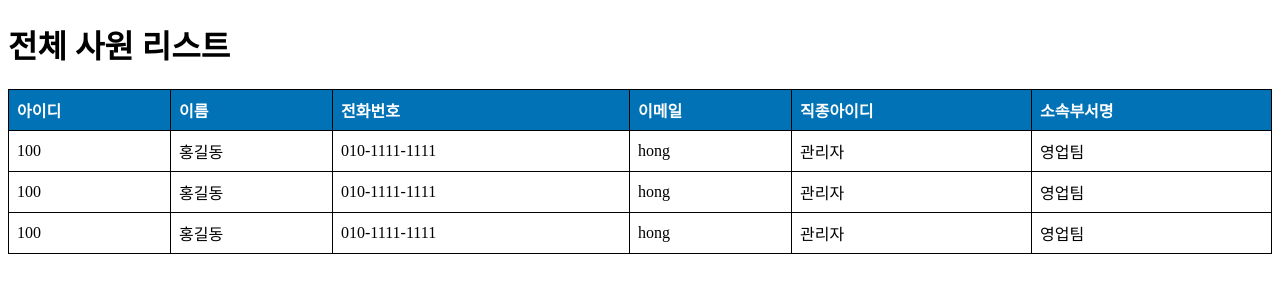
Repository: benpark0613/basic
Page: http://localhost/sample/hr/emp/list.jsp
These files come from the project's save history. The page is drawn as it stood at one moment and after the next save; the edit follows.
The browser window is 1280 px wide. The pictures show the whole page.
The page is served by Tomcat 9. Queries for data that is not in the repository find no rows.

Above is the page before, as saved 2021-11-12 00:37:15.

After the next save:
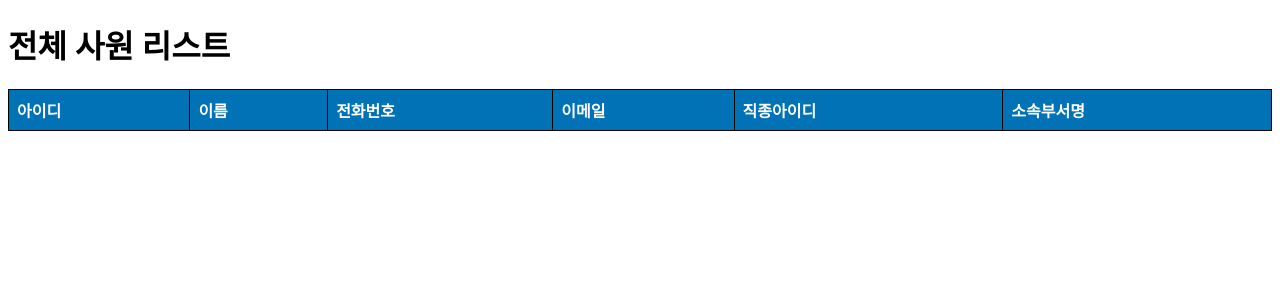
Saved 2 min 33 s later.
--- a/HR_app/sample/src/main/webapp/hr/emp/list.jsp
+++ b/HR_app/sample/src/main/webapp/hr/emp/list.jsp
@@ -28,30 +28,20 @@
 			</tr>
 		</thead>
 		<tbody>
+<%
+	for (Employee emp : employeeList){
+%>
 			<tr>
-				<td>100</td>
-				<td>홍길동</td>
-				<td>010-1111-1111</td>
-				<td>hong</td>
-				<td>관리자</td>
-				<td>영업팀</td>
+				<td><%=emp.getId() %></td>
+				<td><%=emp.getFirstName() %> <%=emp.getLastName() %></td>
+				<td><%=emp.getPhoneNumber() %></td>
+				<td><%=emp.getEmail() %></td>
+				<td><%=emp.getJob().getId() %></td>
+				<td><%=emp.getDepartment().getName() %></td>
 			</tr>
-			<tr>
-				<td>100</td>
-				<td>홍길동</td>
-				<td>010-1111-1111</td>
-				<td>hong</td>
-				<td>관리자</td>
-				<td>영업팀</td>
-			</tr>
-			<tr>
-				<td>100</td>
-				<td>홍길동</td>
-				<td>010-1111-1111</td>
-				<td>hong</td>
-				<td>관리자</td>
-				<td>영업팀</td>
-			</tr>
+<%
+	}
+%>
 		</tbody>
 	</table>
 </body>
